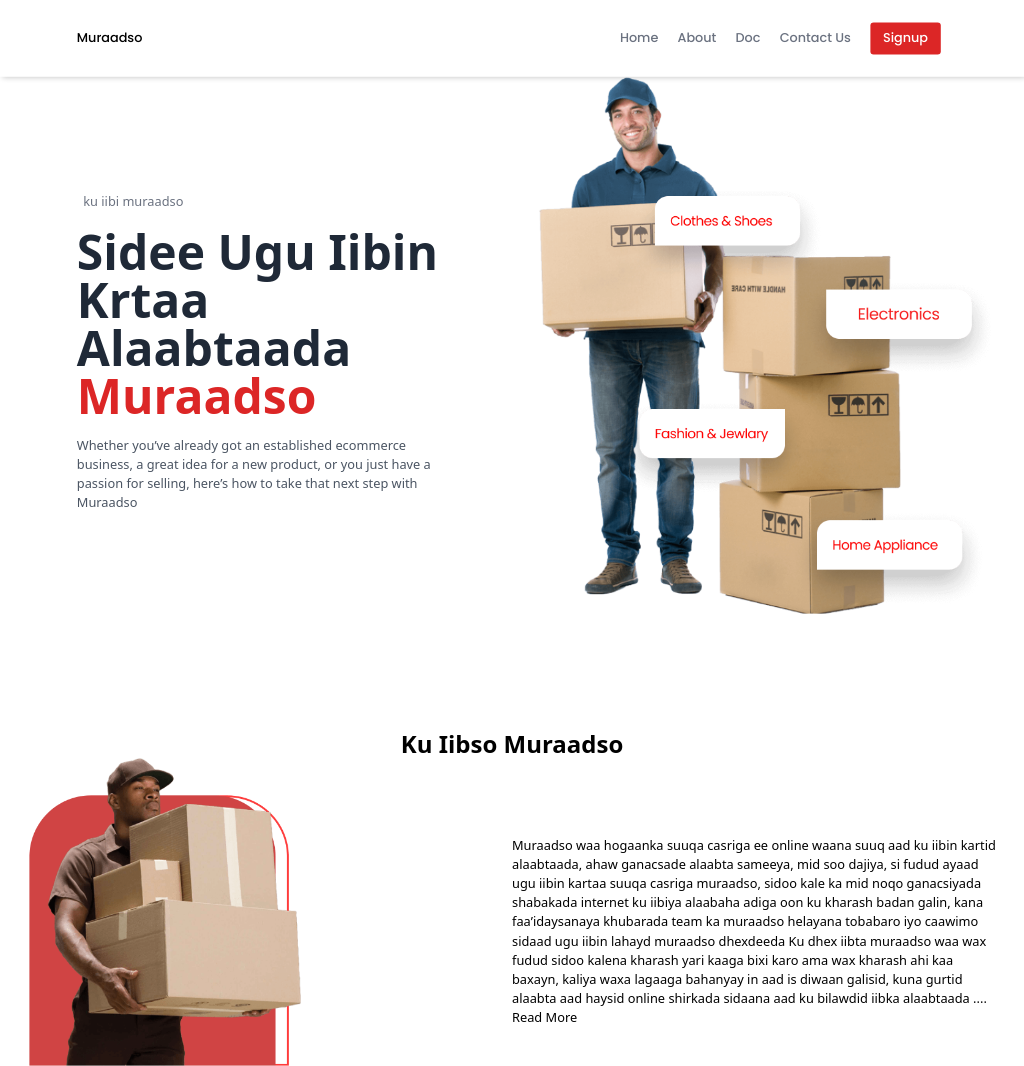
Repository: muraadso/Muraadso-Sellers
Page: /
An editor plug-in stored every save of this project. The page is shown before and after the next save, followed by the edit.
The browser window is 1280 px wide. The pictures show the whole page, at 80% of full size.
The project was rebuilt for these pictures with package versions that can differ from the ones it lists, and the page was loaded fresh each time. The framework's server and built-in components were replaced by stand-ins that run in the browser. Also part of the build but not shown: next.config.js.

Above is the page before, as saved 2021-12-05 19:39:55.

### pages/_app.js
import '../styles/globals.css'
 import 'tailwindcss/tailwind.css'
import { Layout } from '../components/Layout'


function MyApp({ Component, pageProps }) {
  return (
    <Layout>
      <Component {...pageProps} />
    </Layout>
  )
}

export default MyApp

### pages/index.js
import Head from 'next/head'
import Image from 'next/image'
import Navbar from '../components/Navbar'
import Hero from '../components/Hero'
import About from '../components/About'
import styles from '../styles/Home.module.css'


export default function Home() {
  return (
    <div className={styles.container}>
      <Head>
        <title>Muraadso Sellers</title>
        <meta name="description" content="Generated by create next app" />
        <link rel="icon" href="/favicon.ico" />
      </Head>
      <Hero />
      <About />
    </div>
  )
}

### styles/globals.css
@import url('https://fonts.googleapis.com/css2?family=Lato:ital,wght@0,300;0,400;0,700;0,900;1,700&family=Poppins:wght@200;300;400;500;600;700&display=swap');
html,
body {
  padding: 0;
  margin: 0;
}

a {
  color: inherit;
  text-decoration: none;
}

* {
  box-sizing: border-box;
}


.navbar {
  box-shadow: 2px 1px 7px rgba(0, 0, 0, 0.226);
  font-family: 'Poppins', sans-serif  ;
  font-weight: 500;

}
  .logo{
    font-family: 'Lato', sans-serif;
    font-weight: 700;
    color: rgb(233, 59, 59);
    font-size: 20px ;
  }

.nav{
}





@media screen and  (max-width: 415px){
  .nav{
    display: flex;
    color: blue;
    flex-direction: row;
  }
}




@tailwind base;
@tailwind components;
@tailwind utilities

### components/Layout.js
import Navbar from "./Navbar"
import Footer from "./Footer"

export const Layout = ({children}) => {
    return (
        <div className="layout">
            <Navbar />
                {children}
            <Footer />



        </div>
    )
}

### components/Navbar.jsx
import React, { useState } from "react";
import { HiOutlineMenuAlt2, HiOutlineMenuAlt3 } from "react-icons/hi";



export default function Navbar() {
  const [showNav, setShowNav] = useState(false);

  return (
    <nav className="sticky top-0 z-20 items-center justify-between bg-white px-14 md:px-24 md:py-5 navbar md:flex">
      <div className="flex items-center justify-between">
        <a href="#">
          <h2>Muraadso</h2>
        </a>


        {showNav ? (
          <HiOutlineMenuAlt3
            onClick={() => setShowNav(!showNav)}
            className="block w-10 h-10 p-2 cursor-pointer md:hidden"
          />
        ) : (
          <HiOutlineMenuAlt2
            onClick={() => setShowNav(!showNav)}
            className="block w-10 h-10 p-2 cursor-pointer md:hidden"
          />
        )}
      </div>

      <ul
        className={
          (showNav ? "left-0" : "-left-full") +
          " md:static fixed bottom-0 md:ml-24 top-14 md:flex md:space-x-6 items-center md:bg-transparent bg-white bg-opacity-90 md:w-auto w-10/12 md:text-gray-500 text-gray-800  md:space-y-0 space-y-5 p-2 transition-left nav"
        }
      >
        <a href="#"> Home</a>
        <a href="#"> About</a>
        <a href="#"> Doc</a>
        <a href="#"> Contact Us</a>
      <a className="px-4 py-2 text-white bg-red-600 rounded" href="">Signup</a>
      </ul>
    </nav>
  );
}

























// const Navbar = () => {
//     return (
//         <div>
//      <div className="sticky top-0 z-20 items-center justify-between bg-white md:flex navbar">
//          <a className="logo" href="#">Muraadso</a>
//          <nav className="fixed bottom-0 items-center w-10/12 p-2 space-y-5 text-white bg-gray-500 md:static top-12 md:flex md:space-x-7 md:bg-transparent bg-opacity-90 md:w-auto md:text-gray-500 md:space-y-0 transition-left nav">
//              <a className="hover:text-red-600" href="">Home</a>
//              <a className="hover:text-red-600" href="">About</a>
//              <a className="hover:text-red-600" href="">Doc</a>
//              <a className="hover:text-red-600" href="">Contact Us</a>
//          </nav>
//          <a href="#" className="px-4 py-2 text-white bg-red-600 rounded hover:bg-red-700 signup ">Signup</a>
//      </div>

//         </div>
//     )
// }

// export default Navbar

### components/Hero.jsx
const Hero = () => {
    return (
        <div className="grid grid-cols-2 hero">
                <div className="px-16 py-36 herotxt">
                    <h6 className="px-2 font-medium text-gray-500">ku iibi muraadso</h6>
                    <h1 className="my-5 md:font-bold md:text-gray-800 md:capitalize lg:text-6xl">sidee ugu iibin krtaa <br /> alaabtaada <span className="md:text-red-600">muraadso </span></h1>
                    <p className="text-gray-600" >Whether you’ve already got an established ecommerce business, a great idea for a new product, or you just have a passion for selling, here’s how to take that next step with Muraadso</p>
                </div>
                <div className="heroimg">
                    <img className="w-4/4 "  src="/images/heroimage.png" alt="heroimage" />
                </div>

        </div>
    )
}

export default Hero

### components/About.jsx

const About = () => {
    return (
        <div className="mt-32">
            <h1 className="text-3xl font-bold text-center">Ku Iibso Muraadso</h1>
            <div className="grid grid-cols-2 about-content">
                <div className="aboutimg">
            <img src="/images/aboutimage.png" className="md:h-96" alt="about image" />
                </div>
                <div className="mt-24 about-text">
                    <p>
                        Muraadso waa hogaanka suuqa casriga ee online waana suuq aad ku iibin kartid alaabtaada, ahaw ganacsade alaabta sameeya, mid soo dajiya, si fudud ayaad ugu iibin kartaa suuqa casriga muraadso, sidoo kale ka mid noqo ganacsiyada shabakada internet ku iibiya alaabaha adiga oon ku kharash badan galin, kana faa’idaysanaya khubarada team ka muraadso helayana tobabaro iyo caawimo sidaad ugu iibin lahayd muraadso dhexdeeda Ku dhex iibta muraadso waa wax fudud sidoo kalena kharash yari kaaga bixi karo ama wax kharash ahi kaa baxayn, kaliya waxa lagaaga bahanyay in aad is diwaan galisid, kuna gurtid alaabta aad haysid online shirkada sidaana aad ku bilawdid iibka alaabtaada  .... Read More
                    </p>
                </div>


            </div>
        </div>
    )
}

export default About

### components/Footer.jsx
const Footer = () => {
    return (
        <div>
        </div>
    )
}

export default Footer

### tailwind.config.js
module.exports = {
   purge: ['./pages/**/*.{js,ts,jsx,tsx}', './components/**/*.{js,ts,jsx,tsx}'],
  darkMode: false, // or 'media' or 'class'
  theme: {
    extend: {
      transitionProperty: {
         'left': 'left',
        }
    },

  },
  variants: {
    extend: {},
  },
  plugins: [],
}

Loaded but not shown: pages/api/hello.js (common file); styles/Home.module.css (common file)

After the next save:
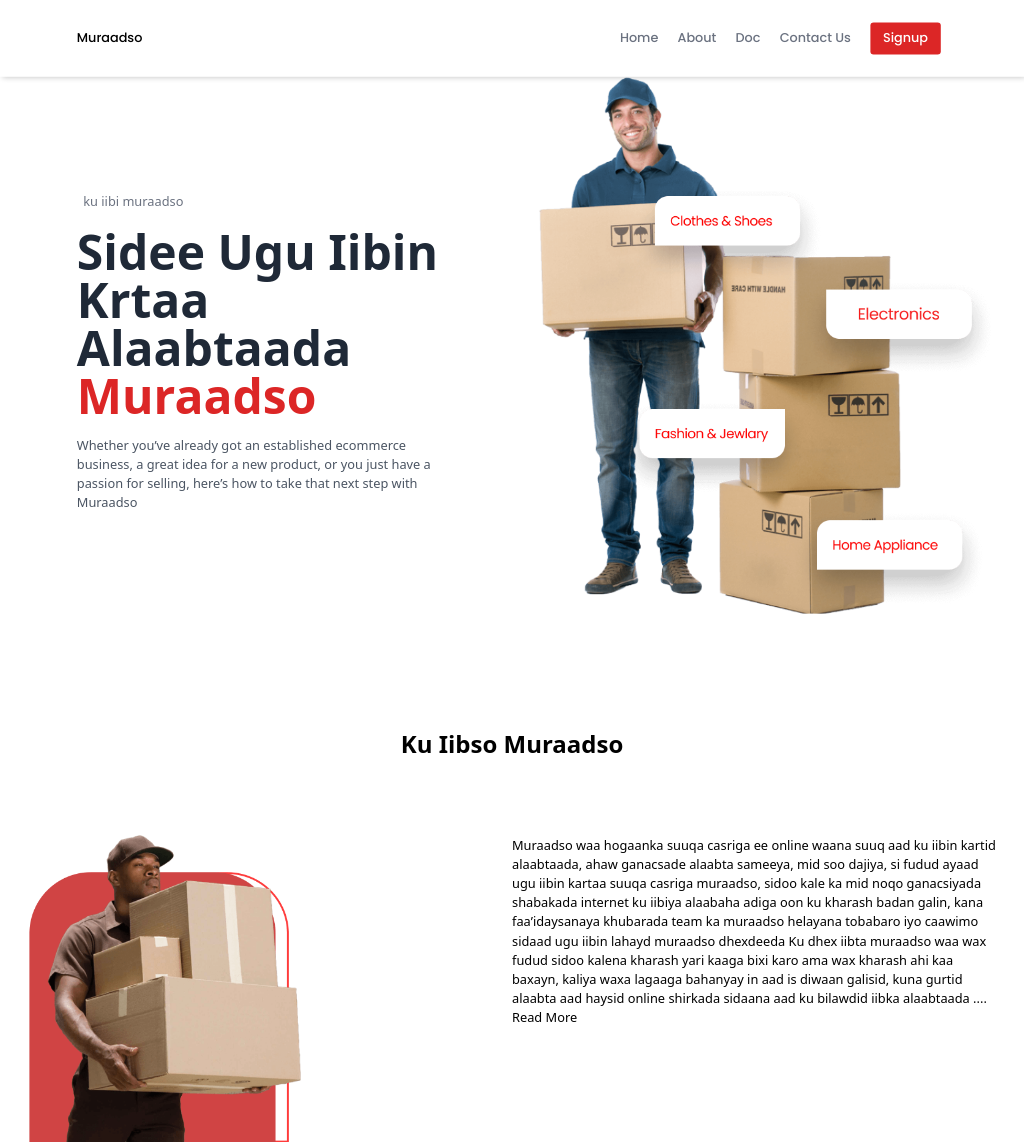
Saved 7 s later.
--- a/components/About.jsx
+++ b/components/About.jsx
@@ -4,7 +4,7 @@ const About = () => {
         <div className="mt-32">
             <h1 className="text-3xl font-bold text-center">Ku Iibso Muraadso</h1>
             <div className="grid grid-cols-2 about-content">
-                <div className="aboutimg">
+                <div className="mt-24 aboutimg">
             <img src="/images/aboutimage.png" className="md:h-96" alt="about image" />
                 </div>
                 <div className="mt-24 about-text">
